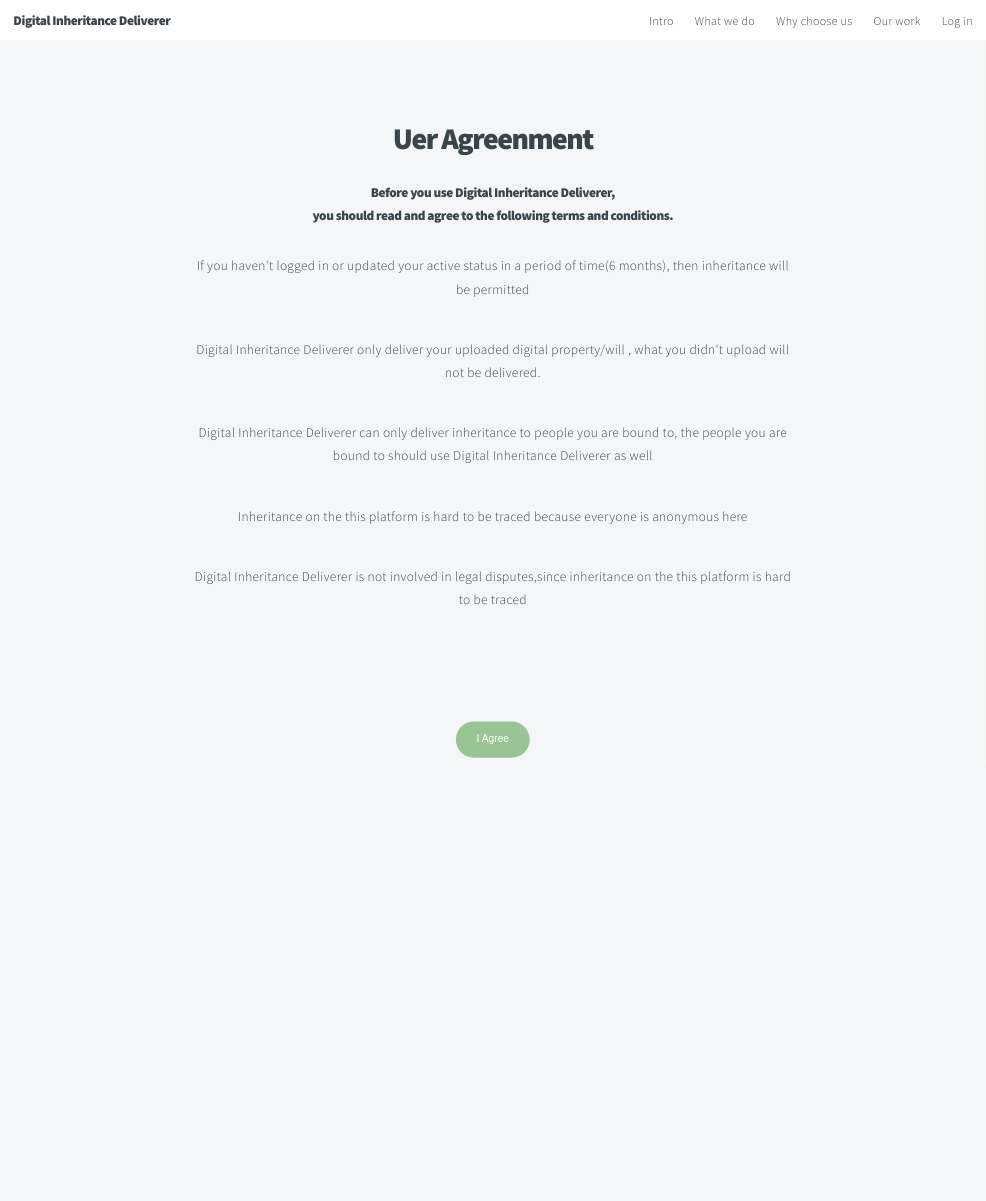
Repository: 1mocat/DID-blockchain-project
Page: Digital_I_D/app/src/UserAgreement.html
An editor plug-in stored every save of this project. The page is shown before and after the next save, followed by the edit.
The browser window is 1280 px wide. The pictures show the whole page, at 77% of full size.

Above is the page before, as saved 2023-10-01 13:57:04.

### Digital_I_D/app/src/UserAgreement.html
<!DOCTYPE HTML>
<html>
	<head>
		<title>Digital Inheritance Deliverer</title>
		<meta charset="utf-8" />
		<meta name="viewport" content="width=device-width, initial-scale=1, user-scalable=no" />
		<link rel="stylesheet" href="assets_index/css/main.css" />
		<noscript><link rel="stylesheet" href="assets_index/css/noscript.css" /></noscript>
	</head>
	<body class="is-preload">

		<!-- Header -->
			<header id="header">
				<h1>Digital Inheritance Deliverer</h1>
				<nav>
					<ul>
						<li><a href="#intro">Intro</a></li>
						<li><a href="#one">What we do</a></li>
						<li><a href="#two">Why choose us</a></li>
						<li><a href="#work">Our work</a></li>
						<li><a href="#contact">Log in</a></li>
					</ul>
				</nav>
			</header>

		<!-- Contact -->
			<section id="contact" class="main style3 secondary">
				<div class="content">
					<header>
						<h2>Uer Agreenment</h2><br>
						<h3>Before you use Digital Inheritance Deliverer,<br> you should read and agree to the following terms and conditions.</h3>
					</header>
                    <p>If you haven't logged in or updated your active status in a period of time(6 months), then inheritance will be permitted</p><br>
					<p>Digital Inheritance Deliverer only deliver your uploaded digital property/will , what you didn't upload will not be delivered.</p><br>
                    <p>Digital Inheritance Deliverer can only deliver inheritance to people you are bound to, the people you are bound to should use Digital Inheritance Deliverer as well</p><br>
                    <p>Inheritance on the this platform is hard to be traced because everyone is anonymous here</p><br>
                    <p>Digital Inheritance Deliverer is not involved in legal disputes,since inheritance on the this platform is hard to be traced</p><br>
                    <p></p><br>
                    <p></p><br>
					<a href="UserAgreement.html">
                        <button>I Agree</button>
                    </a>


					<br>
					<br>
					<br>
					<br>
					<br>
					<br>
					<br>
					<br>
					<br>
                    <br>
					<br>
					<br>
					<br>
					<br>
					<br>
					<br>
					<br>
					<br>
					<br>
					<br>
				</div>
			</section>

		<!-- Scripts -->
			<script src="assets_index/js/jquery.min.js"></script>
			<script src="assets_index/js/jquery.poptrox.min.js"></script>
			<script src="assets_index/js/jquery.scrolly.min.js"></script>
			<script src="assets_index/js/jquery.scrollex.min.js"></script>
			<script src="assets_index/js/browser.min.js"></script>
			<script src="assets_index/js/breakpoints.min.js"></script>
			<script src="assets_index/js/util.js"></script>
			<script src="assets_index/js/main.js"></script>

	</body>
</html>

Loaded but not shown: Digital_I_D/app/src/assets_index/js/jquery.min.js (library); Digital_I_D/app/src/assets_index/js/jquery.poptrox.min.js (library); Digital_I_D/app/src/assets_index/js/jquery.scrolly.min.js (common file); Digital_I_D/app/src/assets_index/js/jquery.scrollex.min.js (common file); Digital_I_D/app/src/assets_index/js/browser.min.js (common file); Digital_I_D/app/src/assets_index/js/breakpoints.min.js (common file); Digital_I_D/app/src/assets_index/css/fontawesome-all.min.css (library); Digital_I_D/app/src/assets_index/js/util.js (587 lines, source omitted); Digital_I_D/app/src/assets_index/js/main.js (219 lines, source omitted); Digital_I_D/app/src/assets_index/css/main.css (2312 lines, source omitted)

After the next save:
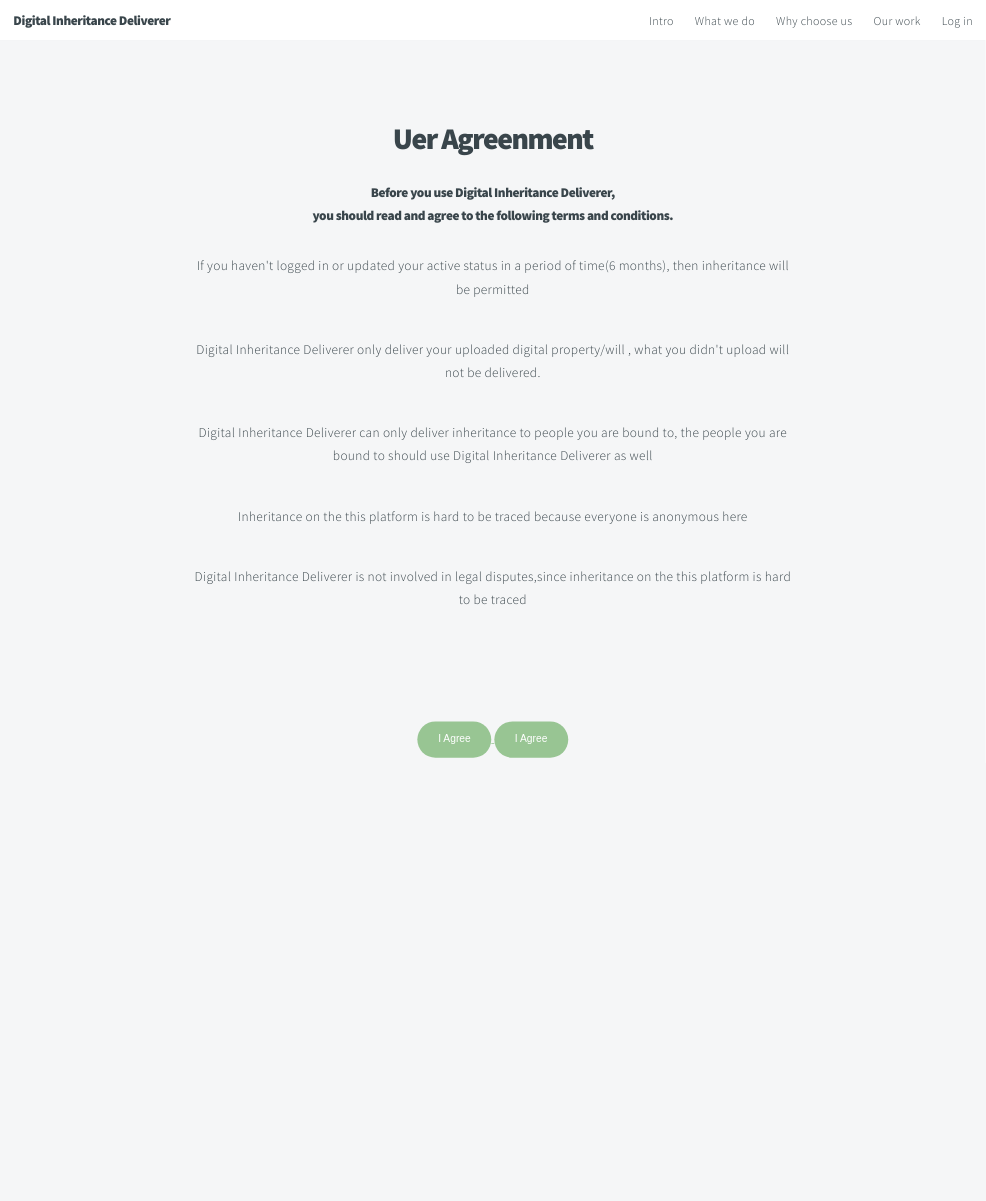
Saved 16 s later.
--- a/Digital_I_D/app/src/UserAgreement.html
+++ b/Digital_I_D/app/src/UserAgreement.html
@@ -40,7 +40,9 @@
 					<a href="UserAgreement.html">
                         <button>I Agree</button>
                     </a>
-
+					<a href="UserAgreement.html">
+                        <button>I Agree</button>
+                    </a>
 
 					<br>
 					<br>
